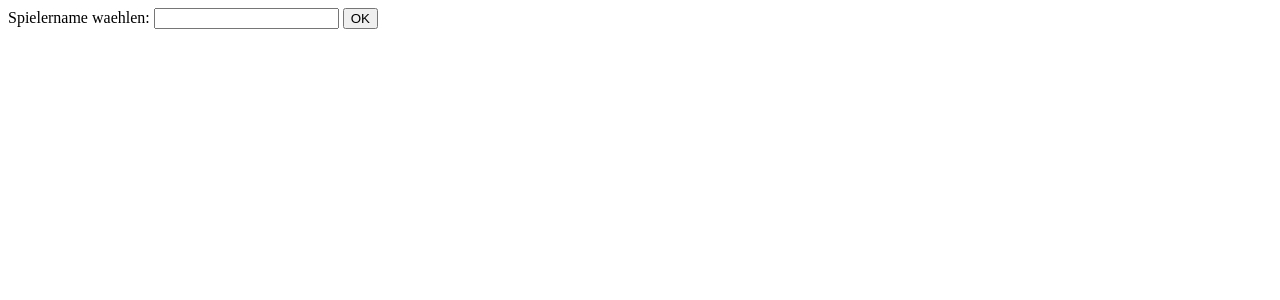
Repository: BKMaster94/Proggen_testat_2
Page: Proggen_testat_2/HTML/Anmeldung.html
An editor plug-in stored every save of this project. The page is shown before and after the next save, followed by the edit.
The browser window is 1280 px wide. The pictures show the whole page.
Some web libraries are served in a nearby version.

Above is the page before, as saved 2017-06-16 19:44:54.
Console error: ReferenceError: io is not defined

After the next save:
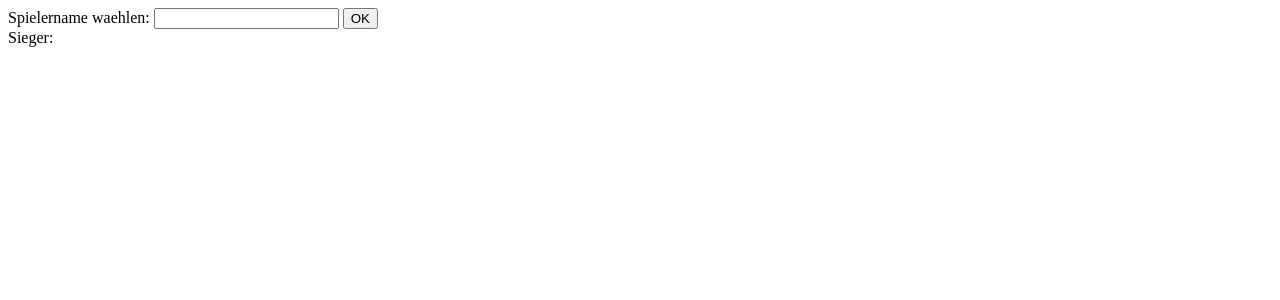
Saved 33 s later.
--- a/Proggen_testat_2/HTML/Anmeldung.html
+++ b/Proggen_testat_2/HTML/Anmeldung.html
@@ -14,7 +14,7 @@
 		<input type="text" id="SpielernameInput"></input>
 		<button id="AnmeldeButton">  OK  </button>
 	</div>
-	<div id="gewonnenn"></div>
+	<div id="gewonnenn">Sieger:</div>
 
 
 </body>

After the save that followed:
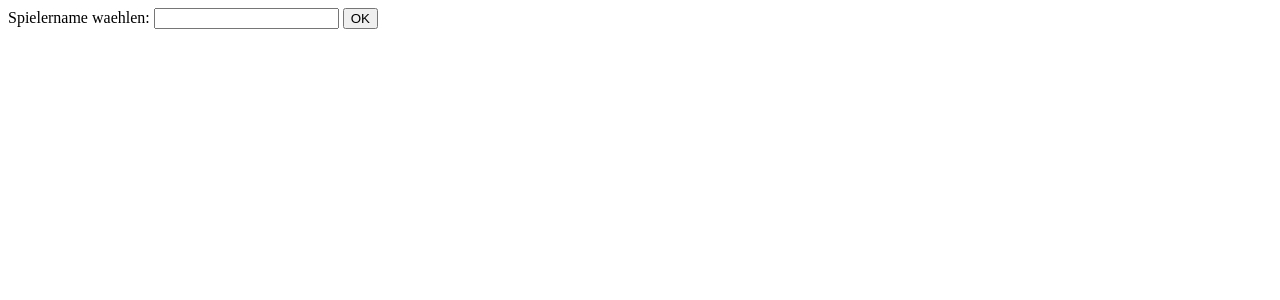
Saved 22 s later.
--- a/Proggen_testat_2/HTML/Anmeldung.html
+++ b/Proggen_testat_2/HTML/Anmeldung.html
@@ -14,7 +14,7 @@
 		<input type="text" id="SpielernameInput"></input>
 		<button id="AnmeldeButton">  OK  </button>
 	</div>
-	<div id="gewonnenn">Sieger:</div>
+
 
 
 </body>
